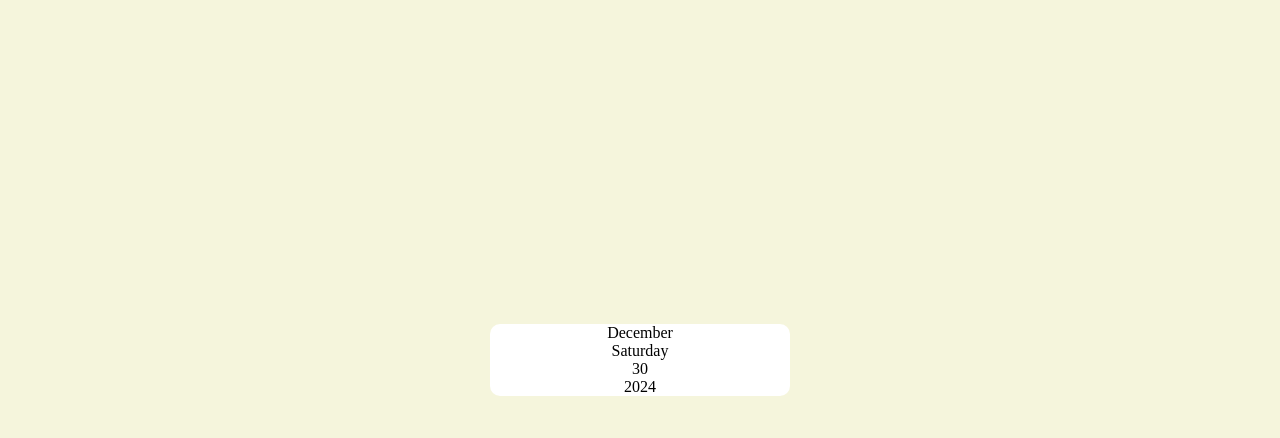
Repository: JunaidAnsari202/Mini-Calender
Page: index.html
These files come from the project's save history. The page is drawn as it stood at one moment and after a run of saves; the edit follows.
The browser window is 1280 px wide. The pictures show the whole page.

Above is the page before, as saved 2024-11-10 11:43:44.

After the next 6 saves:
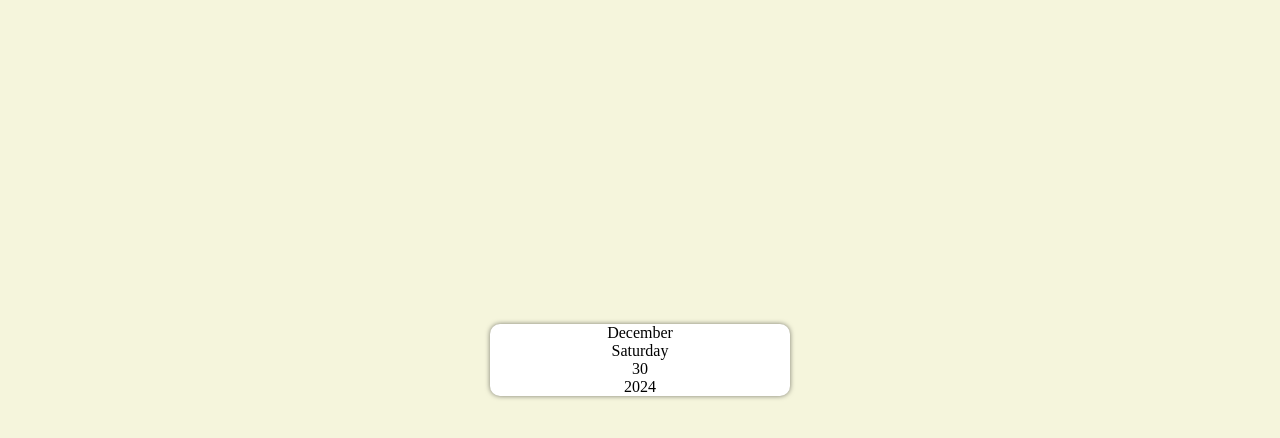
The 6 saves are shown as one change because they came seconds apart.
The last was saved 11 s later.
--- a/style.css
+++ b/style.css
@@ -16,6 +16,6 @@
     width: 300px;
     background-color: white;
     border-radius: 10px;
-    box-shadow: 0 0 5px 0 rgba;
+    box-shadow: 0 0 5px 0 rgba(0,0,0,0.5);
     text-align: center;
 }
